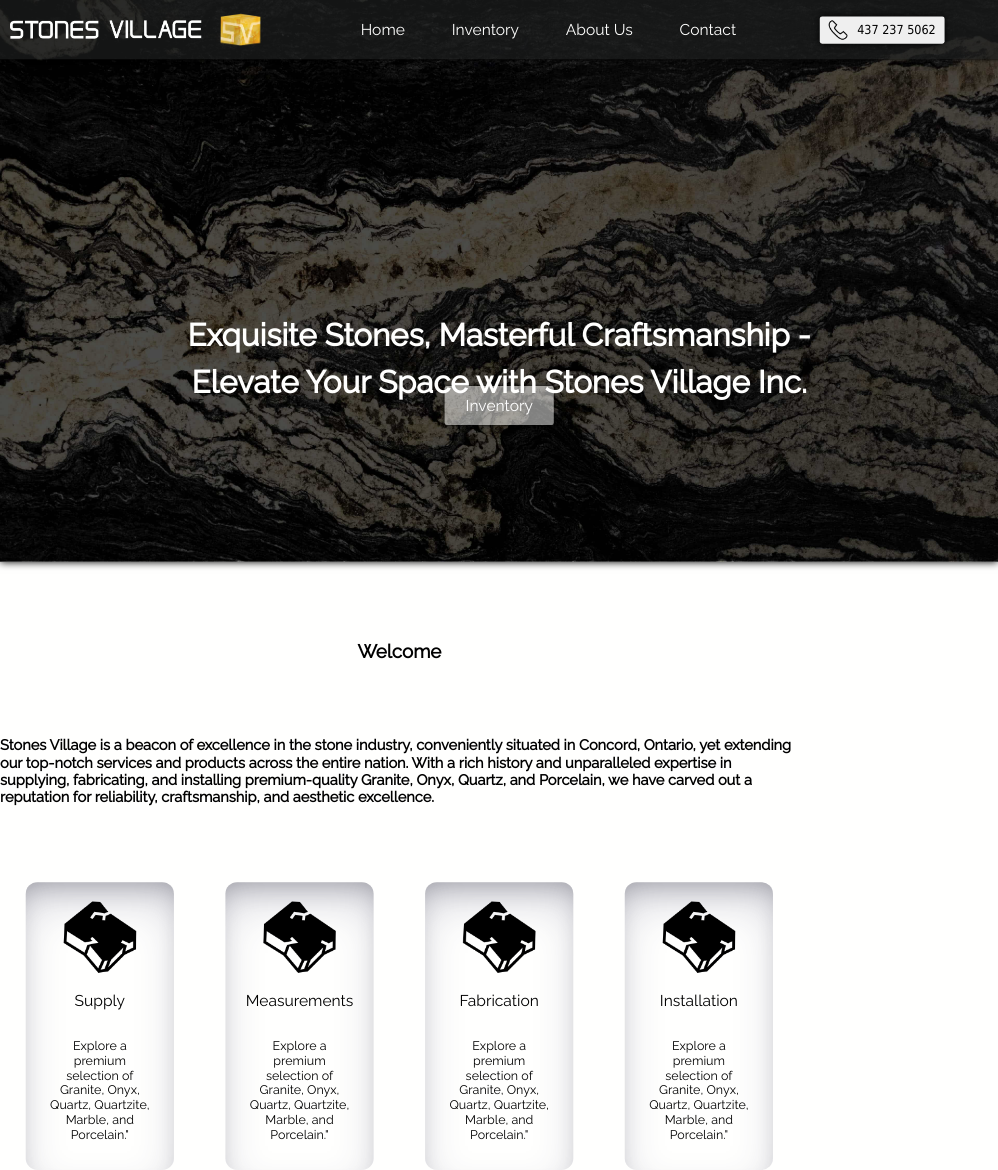
Repository: shayanabedi98/Stones-Village
Page: index.html
These files come from the project's save history. The page is drawn as it stood at one moment and after the next save; the edit follows.
The browser window is 1280 px wide. The pictures show the whole page, at 78% of full size.
Backgrounds fixed to the window are drawn as part of the page.

Above is the page before, as saved 2023-10-22 16:57:40.

After the next save:
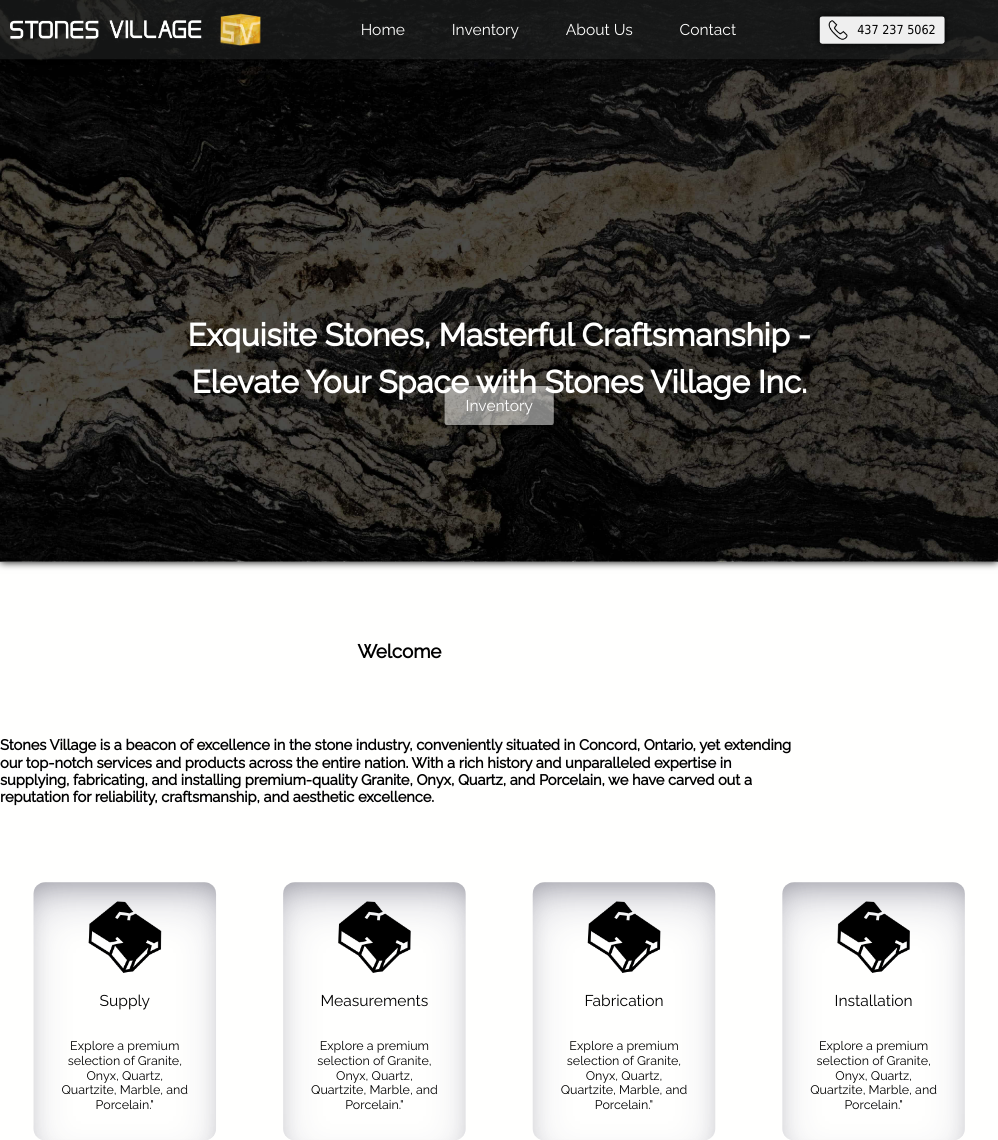
Saved 18 s later.
--- a/index.html
+++ b/index.html
@@ -41,36 +41,7 @@
         <div class="services-container">
             <h2>Welcome</h2>
             <h3>Stones Village is a beacon of excellence in the stone industry, conveniently situated in Concord, Ontario, yet extending our top-notch services and products across the entire nation. With a rich history and unparalleled expertise in supplying, fabricating, and installing premium-quality Granite, Onyx, Quartz, and Porcelain, we have carved out a reputation for reliability, craftsmanship, and aesthetic excellence.</h3>
-            <div class="card-container">
-                <div class="card">
-                    <img src="./resources/stone-tablet-svgrepo-com.png" alt="Icon of Stone Slab">
-                    <div class="card-text">
-                        <p class="card-name">Supply</p>
-                        <p class="card-description">Explore a premium selection of Granite, Onyx, Quartz, Quartzite, Marble, and Porcelain."</p>
-                    </div>
-                </div>
-                <div class="card">
-                    <img src="./resources/stone-tablet-svgrepo-com.png" alt="Icon of Stone Slab">
-                    <div class="card-text">
-                        <p class="card-name">Measurements</p>
-                        <p class="card-description">Explore a premium selection of Granite, Onyx, Quartz, Quartzite, Marble, and Porcelain."</p>
-                    </div>
-                </div>
-                <div class="card">
-                    <img src="./resources/stone-tablet-svgrepo-com.png" alt="Icon of Stone Slab">
-                    <div class="card-text">
-                        <p class="card-name">Fabrication</p>
-                        <p class="card-description">Explore a premium selection of Granite, Onyx, Quartz, Quartzite, Marble, and Porcelain."</p>
-                    </div>
-                </div>
-                <div class="card">
-                    <img src="./resources/stone-tablet-svgrepo-com.png" alt="Icon of Stone Slab">
-                    <div class="card-text">
-                        <p class="card-name">Installation</p>
-                        <p class="card-description">Explore a premium selection of Granite, Onyx, Quartz, Quartzite, Marble, and Porcelain."</p>
-                    </div>
-                </div>
-            </div>
+
 
             <!-- Free Quotations
 Stonica Group Inc. offers no-obligation, comprehensive quotes for all project sizes. Our experts provide a detailed cost estimate, ensuring transparency and no hidden charges.
@@ -87,6 +58,36 @@ Our high-quality fabrication service is handled by a skilled team and cutting-ed
 Installation
 Our trained professionals carry out careful and precise installations. We also perform comprehensive checks post-installation, ensuring a perfect fit and function. Your satisfaction is our ultimate goal. -->
         </div>
+        <div class="card-container">
+            <div class="card">
+                <img src="./resources/stone-tablet-svgrepo-com.png" alt="Icon of Stone Slab">
+                <div class="card-text">
+                    <p class="card-name">Supply</p>
+                    <p class="card-description">Explore a premium selection of Granite, Onyx, Quartz, Quartzite, Marble, and Porcelain."</p>
+                </div>
+            </div>
+            <div class="card">
+                <img src="./resources/stone-tablet-svgrepo-com.png" alt="Icon of Stone Slab">
+                <div class="card-text">
+                    <p class="card-name">Measurements</p>
+                    <p class="card-description">Explore a premium selection of Granite, Onyx, Quartz, Quartzite, Marble, and Porcelain."</p>
+                </div>
+            </div>
+            <div class="card">
+                <img src="./resources/stone-tablet-svgrepo-com.png" alt="Icon of Stone Slab">
+                <div class="card-text">
+                    <p class="card-name">Fabrication</p>
+                    <p class="card-description">Explore a premium selection of Granite, Onyx, Quartz, Quartzite, Marble, and Porcelain."</p>
+                </div>
+            </div>
+            <div class="card">
+                <img src="./resources/stone-tablet-svgrepo-com.png" alt="Icon of Stone Slab">
+                <div class="card-text">
+                    <p class="card-name">Installation</p>
+                    <p class="card-description">Explore a premium selection of Granite, Onyx, Quartz, Quartzite, Marble, and Porcelain."</p>
+                </div>
+            </div>
+        </div>
     </div>
     <script src="./index.js"></script>
 </body>

After the save that followed:
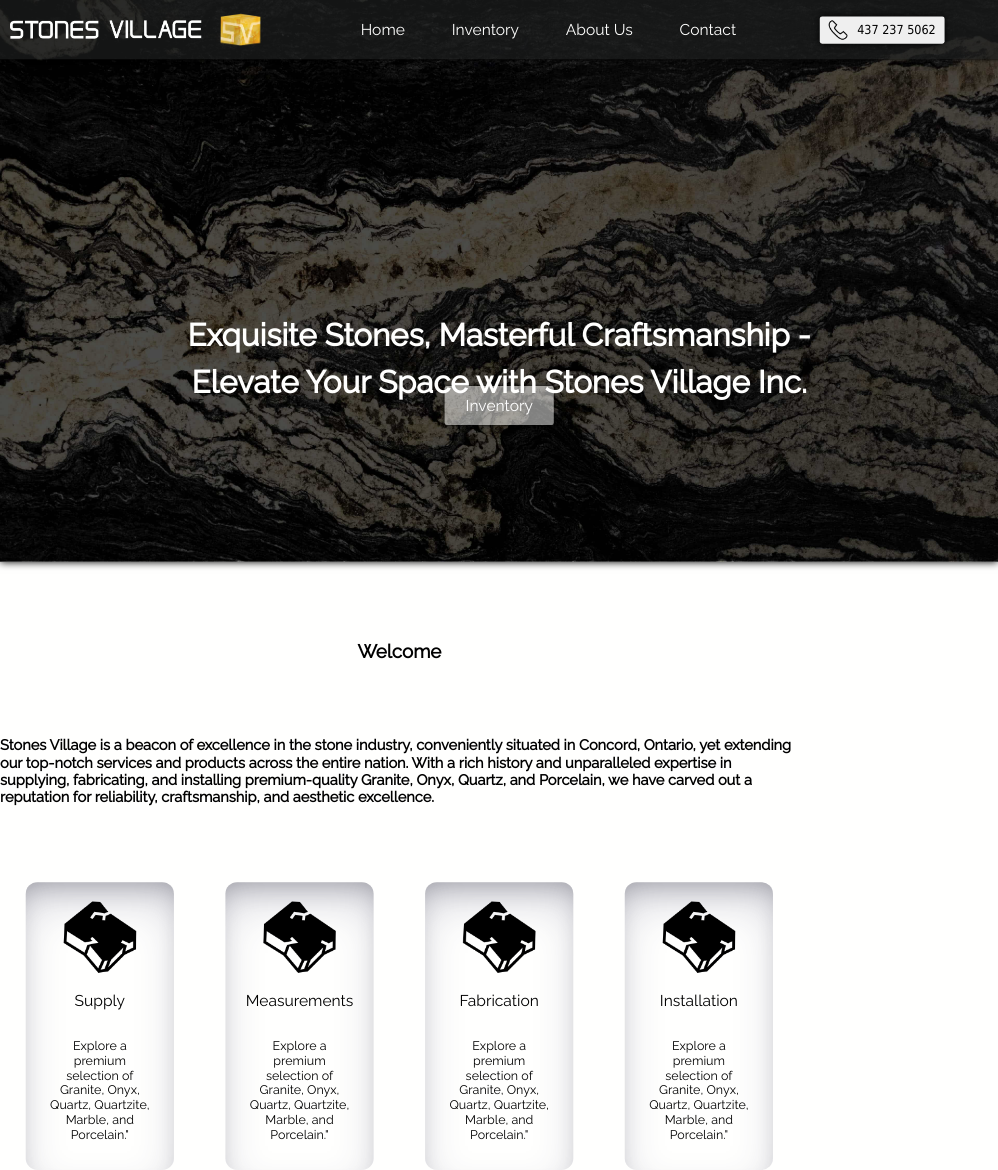
Saved 12 s later.
--- a/styles.css
+++ b/styles.css
@@ -166,7 +166,7 @@ body {
 
 .card-container {
     display: grid;
-    width: 100%;
+    width: 80%;
     grid-template-columns: repeat(4, 1fr);
     justify-items: center;
     margin-top: 80px;
